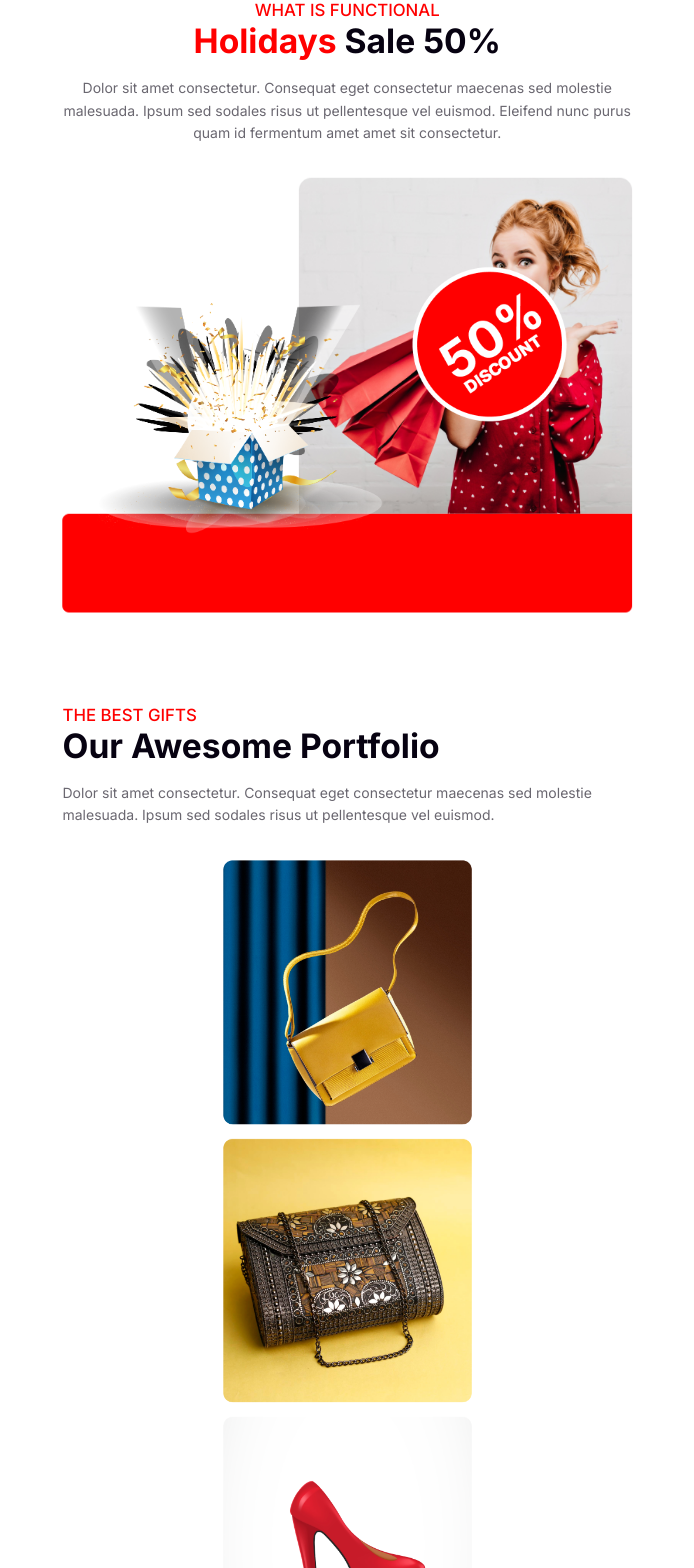
Repository: ShouravAhammed/simple-responsive-new-year
Page: index.html
The author's editor kept a copy of each file at every save. The page is drawn from the files as they stood at one save, then again after the next save.
The browser window is 992 px wide. The pictures show the part of the page from y = 0 to 2240 px (the page is 5046 px tall), at 70% of full size.

Above is the page before, as saved 2024-01-11 18:32:44.

After the next save:
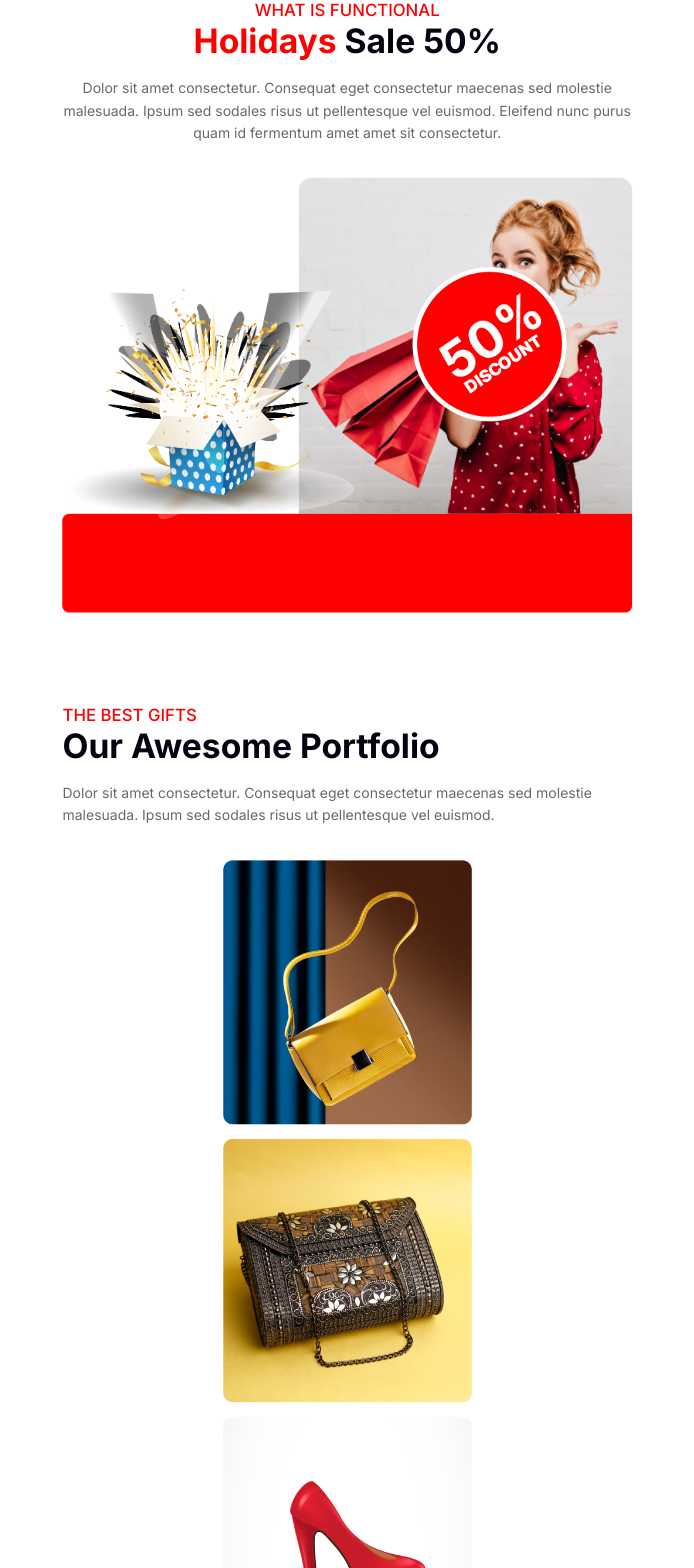
Saved 102 s later.
--- a/Style/style.css
+++ b/Style/style.css
@@ -606,9 +606,12 @@
 }
 @media screen and (min-width: 769px) and (max-width: 992px){
 
+
+
     .holiday-back-img .holiday-gift-content {
         width: 100%;
-
+        bottom: -90px;
+        left: 10px;
     }
     .holiday-back-img .holiday-discount-content {
         width: 100%;
